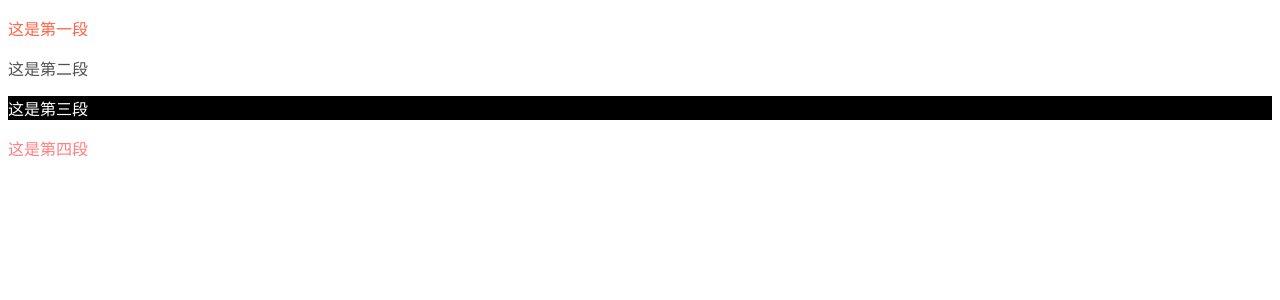
Repository: nanfengovo/CSS
Page: index.html
The author's editor kept a copy of each file at every save. The page is drawn from the files as they stood at one save, then again after the next save.
The browser window is 1280 px wide. The pictures show the whole page.

Above is the page before, as saved 2024-12-31 22:54:24.

### index.html
<!DOCTYPE html>
<html lang="en">
<head>
    <meta charset="UTF-8">
    <meta name="viewport" content="width=device-width, initial-scale=1.0">
    <title>CSS的颜色</title>
    <style>
        body{
            color: blue;
        }
        #p1{
            color:tomato;
        }
        #p2{
            color: rgb(78, 81, 78);
        }
        #p3{
            color: #ffffff;
            background-color: black;
        }
        #p4{
            color: rgba(255, 0, 0, 0.5);
        }
    </style>
</head>
<body>
    <p id="p1">这是第一段</p>
    <p id="p2">这是第二段</p>
    <p id="p3">这是第三段</p>
    <p id="p4">这是第四段</p>
</body>
</html>

After the next save:
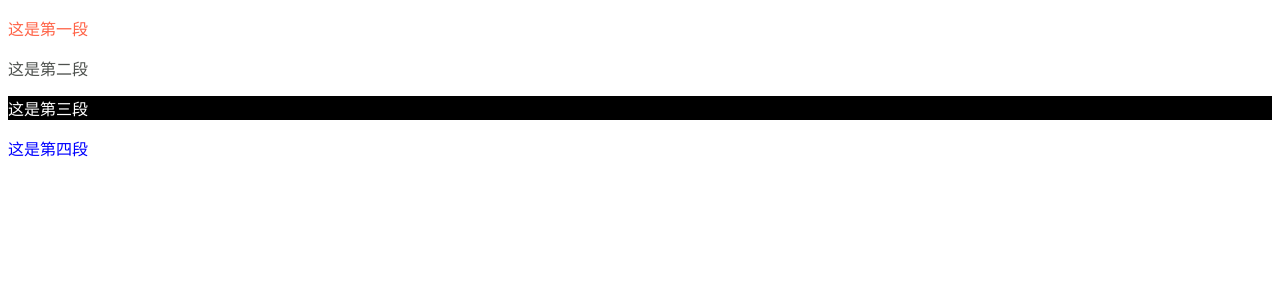
Saved 91 s later.
--- a/index.html
+++ b/index.html
@@ -19,7 +19,11 @@
             background-color: black;
         }
         #p4{
-            color: rgba(255, 0, 0, 0.5);
+            /*HSL*/
+            /* H:色调 */
+            /* S:饱和度 */
+            /* L:亮度 */
+            color: hsl(100, 78, 78);
         }
     </style>
 </head>
